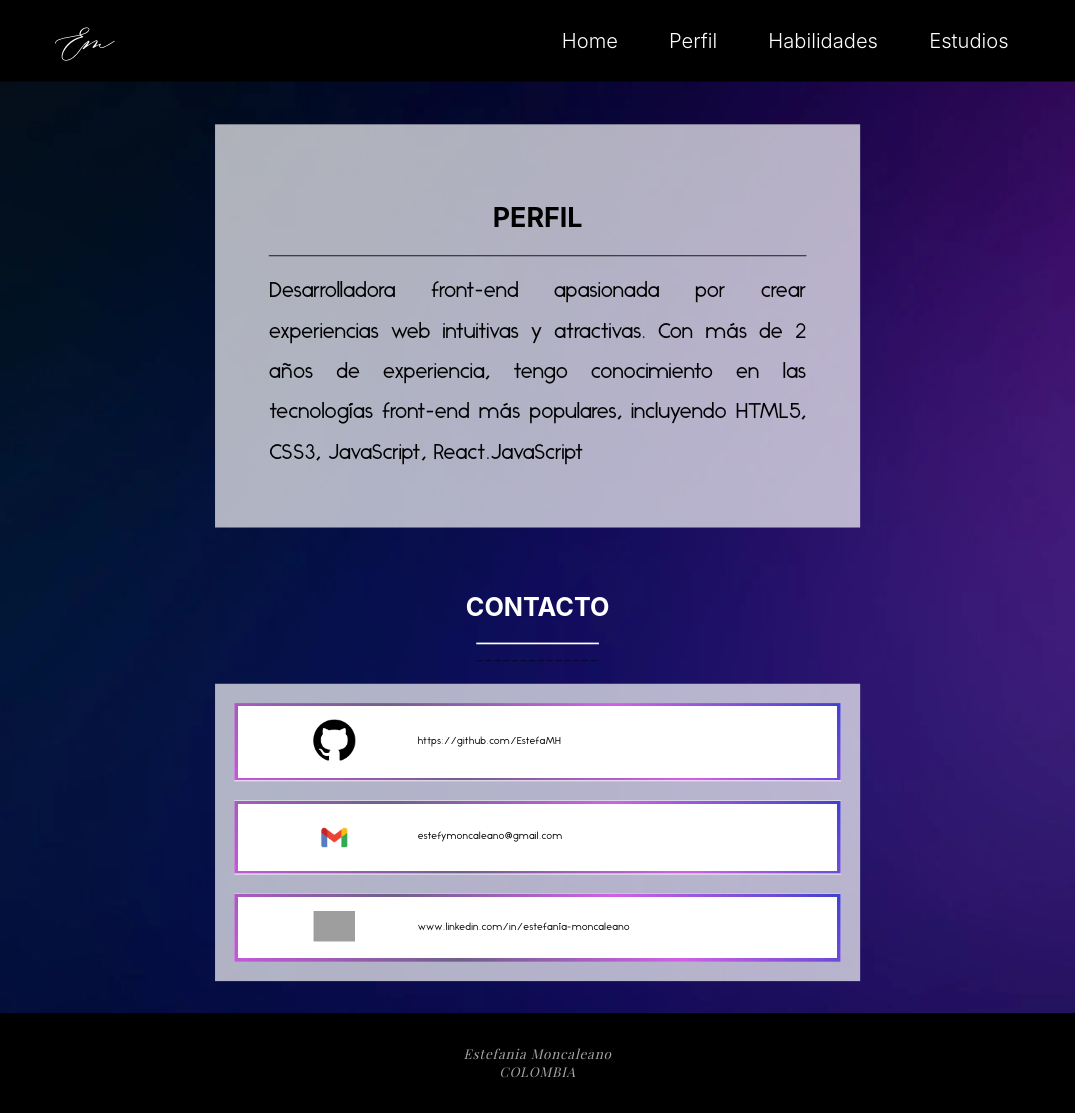
Repository: EstefaMH/PORTAFOLIO
Page: /aboutme
These files come from the project's save history. The page is drawn as it stood at one moment and after the next save; the edit follows.
The browser window is 1280 px wide. The pictures show the whole page, at 84% of full size.
Pictures or frames that could not be fetched are drawn as grey boxes. Some web fonts or font styles are not loaded; a fallback is used. The project was rebuilt for these pictures with package versions that can differ from the ones it lists, and the page was loaded fresh each time. Also part of the build but not shown: src/pages/home/Home.js, src/pages/error/Error404.css, src/pages/error/Error404.js, src/pages/jobs/Jobs.js, src/models/Languages.js, src/components/project/project.js, src/pages/skills/Skills.css, src/pages/skills/Skills.js and 2 more.

Above is the page before, as saved 2024-05-23 22:46:27.

### src/index.js
import React from 'react';
import ReactDOM from 'react-dom/client';
import './index.css';
import Home from './pages/home/Home';
import Routes from './routes';



const root = ReactDOM.createRoot(document.getElementById('root'));
root.render(
  <React.StrictMode>
    <Routes />
  </React.StrictMode>
);

// If you want to start measuring performance in your app, pass a function
// to log results (for example: reportWebVitals(console.log))
// or send to an analytics endpoint. Learn more: https://bit.ly/CRA-vitals

### src/routes.js
import React from "react";
import { BrowserRouter, Route, Routes } from "react-router-dom";
import About from "./pages/aboutme/Aboutme";
import Error404 from "./pages/error/Error404";
import Home from "./pages/home/Home";
import Jobs from "./pages/jobs/Jobs";
import Skills from "./pages/skills/Skills";
import Studies from "./pages/studies/Studies";


function routes(){
    return(
        <BrowserRouter>
            <Routes>
                <Route path="/" element={<Home />}></Route>
                <Route path="/aboutme" element={<About />}></Route>
                <Route path="/jobs" element={<Jobs />}></Route>
                <Route path="/skills" element={<Skills />}></Route>
                <Route path="/studies" element={<Studies/>}></Route>
                <Route path="*" element={<Error404/>}></Route>
            </Routes>
        </BrowserRouter>

    );

}

export default routes;

### src/pages/home/Home.css
@import url('https://fonts.googleapis.com/css2?family=Dancing+Script&display=swap');
/*font-family: 'Dancing Script', cursive;*/
@import url('https://fonts.googleapis.com/css2?family=Playfair+Display:ital,wght@0,400;0,500;1,400;1,500&display=swap');
/*font-family: 'Playfair Display', serif;*/

@font-face {
    font-family: "Voga";
    src: url('../../utils/fonts/CDType_Voga-font-demo_031216/CDType\ -\ Voga\ Medium.otf') ;
    font-display: swap;
}

.main-container{
    background-image: url(../../utils/img/purple-blue-wallpaper.webp);
    background-repeat: no-repeat;
    background-size: cover;
    display: flex;
    flex-direction: column;
}


.container-home{
    display: flex;
    flex-direction: column;
    align-items: center;
    justify-content: space-around;
}

.info-home{
    width: 100%;
    justify-content: center;
    align-items: center;
    color: white;
    letter-spacing: 1.5px;
    display: flex;
    flex-direction: column;
    overflow: hidden;
    word-wrap: break-word;
    font-weight: 100;
}



.info-home1{
    font-family: 'Playfair Display ';
    font-size: 1.2em;
    font-style: italic;
    margin: 0 0 1% 0;
    color: rgba(177, 177, 177, 0.834) ;
}

.info-home2{
    font-family: 'Voga';
    font-size: 2em;
    margin: 0 0 5% 0 ;
}

.photo-home{
    height: max-content;
    width: 50%;
}

.photo-home img{
    width: 100%;
    clip-path: circle();
}


.btn {
	line-height: 50px;
	height: 50px;
	text-align: center;
	width: 150px;
	cursor: pointer;
    border: none;
    background-color: rgba(255, 255, 255, 0.267);
    margin-top: 3%;

}

.btn-one {
	color: #FFF;
	transition: all 0.3s;
	position: relative;
}
.btn-one span {
	transition: all 0.3s;
    letter-spacing: 2px;
}

.btn-one:hover{
    background-color: transparent;
}
.btn-one::before {
	content: '';
	position: absolute;
	bottom: 0;
	left: 0;
	width: 100%;
	height: 100%;
	z-index: 1;
	opacity: 0;
	transition: all 0.3s;
	border-top-width: 2px;
	border-bottom-width: 2px;
	border-top-style: solid;
	border-bottom-style: solid;
    background: transparent;
	border-top-color: rgba(255,255,255,0.5);
	border-bottom-color: rgba(255,255,255,0.5);
	transform: scale(0.1, 1);
}
.btn-one:hover span {
	letter-spacing: 3px;
}
.btn-one:hover::before {
	opacity: 1;
	transform: scale(1, 1);

}
.btn-one::after {
	content: '';
	position: absolute;
	bottom: 0;
	left: 0;
	width: 100%;
	height: 100%;
	z-index: 1;
	transition: all 0.3s;
	/*background-color: rgba(255,255,255,0.1);*/
    background: transparent;
}
.btn-one:hover::after {
	opacity: 0;
	transform: scale(0.1, 1);
    background: transparent;
}

@media screen and (min-width : 700px){

    .container-home{
        flex-direction: row;
        align-items: center;
        justify-content: space-evenly;
        margin: 2% 0 2% 0;
    }

    .info-home{
        width: 60%;
        align-items: flex-start;
        padding-left: 4% ;
    }

    .info-home1{
        font-size: 1.5em;
    }

    .info-home2{
        font-family: 'Voga';
        font-style: normal;
        font-size: 4em;
    }


    .photo-home{
        width: 40%;
        display: flex;
        justify-content: center;
    }

    .photo-home img{
       width: 80%;
    }

    .btn {
        line-height: 50px;
        height: 50px;
        text-align: center;
        width: 250px;
        cursor: pointer;
        border: none;
        background-color: rgba(104, 104, 104, 0.837);
        margin-top: 3%;

    }




}

### src/components/navbar/Navbar.js
import { Link } from "react-router-dom";
import "./Navbar.css";
import menu from "../../utils/img/bx-menu.svg";

function Navbar() {
  return (
    <nav className="navbar container-name">
      <div>
        <Link to="/" className="logo">
          <h1 className="name">Em</h1>
        </Link>
      </div>

      <input type="checkbox" id="toggler"></input>
      <label for="toggler">
        <img alt="hamburguer-menu" src={menu} />
      </label>

      <div className=" menu container-navbar">
        <ul className="list">
          <li>
            <Link to="/" className="item">
              Home
            </Link>
          </li>
          <li>
            <Link to="/aboutme" className="item">
              Perfil
            </Link>
          </li>
          <li>
            <Link to="/skills" className="item">
              Habilidades
            </Link>
          </li>
          <li>
            <Link to="/studies" className="item">
              Estudios
            </Link>
          </li>
        </ul>
      </div>
    </nav>
  );
}

export default Navbar;

### src/components/footer/Footer.js
import './Footer.css'


function Footer(){
    return(
        <footer>
            <p> Estefania Moncaleano </p>
            <p> COLOMBIA </p>
        </footer>
    );
}

export default Footer;

### src/pages/aboutme/Aboutme.js
import './Aboutme.css'
import Navbar from "../../components/navbar/Navbar";
import Footer from '../../components/footer/Footer';

import github from "../../utils/img/github-icon.png";
import gmail from "../../utils/img/gmail-logo.png";
import linkedin from "../../utils/img/ln-icon.png"


function About() {
    return (
        <div className='main-container-about'>
            <Navbar />
            <section className="container-about">

                <div className='info-about'>

                    <h1 >PERFIL</h1>
                    <p className='line'></p>
                    <p>
                        Desarrolladora front-end apasionada por crear experiencias web intuitivas y atractivas.
                        Con más de 2 años de experiencia, tengo conocimiento en las tecnologías front-end más populares, incluyendo HTML5, CSS3, JavaScript, React.JavaScript
                    </p>
                </div>
            </section>

            <section className='container-contact'>
                <h2>CONTACTO</h2>
                <p className='lc'>______________</p>


                <article className='container-contact-icons'>


                    <div className='contact-icons'>
                        <a target={'_blank'} href='https://github.com/EstefaMH'>
                            <img className='contact-icon' src={github} />
                        </a>
                        <p>https://github.com/EstefaMH</p>
                    </div>

                    <div className='contact-icons'>
                        <img className='contact-icon' src={gmail} />
                        <p>estefymoncaleano@gmail.com</p>
                    </div>

                    <div className='contact-icons'>
                        <a target={'_blank'} href='www.linkedin.com/in/estefanía-moncaleano-828570238'>
                            <img className='contact-icon' src={linkedin} />
                        </a>
                        <p>www.linkedin.com/in/estefanía-moncaleano</p>
                    </div>
                </article>
            </section>




            <Footer />

        </div>
    );
}

export default About;

### src/components/navbar/Navbar.css
@font-face {
    font-family: "lettering";
    src: url('../../utils/fonts/Biancha-X3VOa.otf') ;
    font-display: swap;
}

.navbar {
    display: flex;
    justify-content: space-around;
}

.list {
    list-style: none;
    display: flex;
    gap: 20px;
}
#toggler , nav, label {
    display: none;
}


nav:hover{
    background-color: black;
    font-weight: 500;
}

.container-name{
    justify-content: space-between;
    display: flex;
    flex-direction: row;
    align-items: center;
    padding: 3%;
}

.name{
    font-family: 'lettering';
    font-size: 3rem;
    color: white;
    font-weight: 200;
}

.item{
    text-decoration: none;
    color:white;
    font-weight: 300;
}

.item:hover{
    color: pink;
    font-weight: 600;
}

.container-navbar{
    width: 60%;
    display: flex;
    align-items: center;
    justify-content: end;
}

.logo{
    float: left;
    text-decoration: none;
    margin-left: 40%;
}

@media screen and (max-width: 700px) {
    .menu {
        width: 100%;
        max-height: 0;
        overflow: hidden;
    }

    .list {
        flex-direction: column;
        align-items: center;
    }

    .navbar label {
        display: inline-flex;
        align-items: center;
        cursor: pointer;
    }

    #toggler:checked ~ .menu {
        max-height: 100%;
    }

    .container-navbar{
        flex-direction: column;
    }

    .navbar {

        flex-wrap: wrap;
    }
}

@media screen and (min-width: 700px) {
    .navbar {
       height: 20px;
       background-color: rgba(137, 137, 137, 0.15);
       display: flex;
    }

    .list{
        flex-basis: 85%;
        display: flex;
        justify-content: space-evenly;
    }

    .list li{
        font-size: 1.5rem;
    }
}

### src/components/footer/Footer.css
@import url('https://fonts.googleapis.com/css2?family=Playfair+Display:ital,wght@0,400;0,500;1,400;1,500&display=swap');
/*font-family: 'Playfair Display', serif;*/

footer{
    background-color: black ;
    color: rgba(220, 218, 218, 0.757);
    padding: 3%;
    text-align: center;
}

p{
    margin: 0;
    font-family: 'Playfair Display';
    font-style: italic;
    font-weight:100 ;
    letter-spacing: 1.0px;
}

### src/pages/aboutme/Aboutme.css
@font-face {
    font-family: "alcubierre";
    src: url('../../utils/fonts/Alcubierre\ 400.otf') ;
}


h1{
    font-size: 2rem;
}

.main-container-about{
    background-image: url(../../utils/img/purple-blue-wallpaper.webp);

}


.container-about{
        background-repeat: no-repeat;
        display: flex;
        justify-content: center;

}

.info-about{
    margin: 4%;
    background-color: rgba(245, 245, 249, 0.712);
    height: 100%;
    width: 50%;
    padding: 5%;
    text-align: center;
}

.info-about p{
    text-align: justify;
    line-height: 2;
    font-family: "alcubierre";
    font-style: normal;
    font-size: 1em;
    font-weight: 500;

}

h2{
    color: white;
    font-size: 30px;
}

.lc{
    border-top: 2px solid white;
    margin-bottom: 2%;
}

.container-contact{

    display: flex;
    align-items: center;
    flex-direction: column;

}

.container-contact-icons{
    background-color:  rgba(245, 245, 249, 0.712);
    flex-direction: column;
    width: 100%;
}


.contact-icon{
    width: 50px;
}

.contact-icons{
    display: flex;
    flex-direction: column;
    align-items: center;
    margin: 3%;
    padding: 2%;
    background-color: white;
    border: 4px solid;
    border-image: linear-gradient(45deg,#ad22c9bf,#473068c5,rgba(187, 31, 218, 0.7),rgba(20, 20, 194, 0.805)) 1;
    animation: rotate 2.5s ease-in infinite;
}


@keyframes rotate {
    50%{
        border-image: linear-gradient(45deg,#ad22c9bf,#473068c5,rgba(187, 31, 218, 0.7),rgba(20, 20, 194, 0.805)) 1;

    }
}

.contact-icons:hover{
    transform: scale(1.1 , 1.1);

}

.contact-icons p {
    font-size: 0.7rem;
}

.line{
    border-top: 1.5px solid black;
    margin-bottom: 3%;
    color: transparent;
}


@media screen and (min-width:700px) {
    .info-about p{
        font-size: 1.5em;
        font-weight: 600;
    }

    .container-contact-icons{
        width: 60%;
        margin-bottom: 3%;
    }

    .contact-icons{
        flex-direction: row;
        justify-content: space-evenly;
    }


    .contact-icons p{
        width: 60%;
        font-family: 'alcubierre';
        font-style: normal;
        font-weight: 600;
    }

}

Loaded but not shown: public/index.html (common file); src/index.css (common file); src/pages/jobs/Jobs.css (no stored copy; drawn as an empty file)

After the next save:
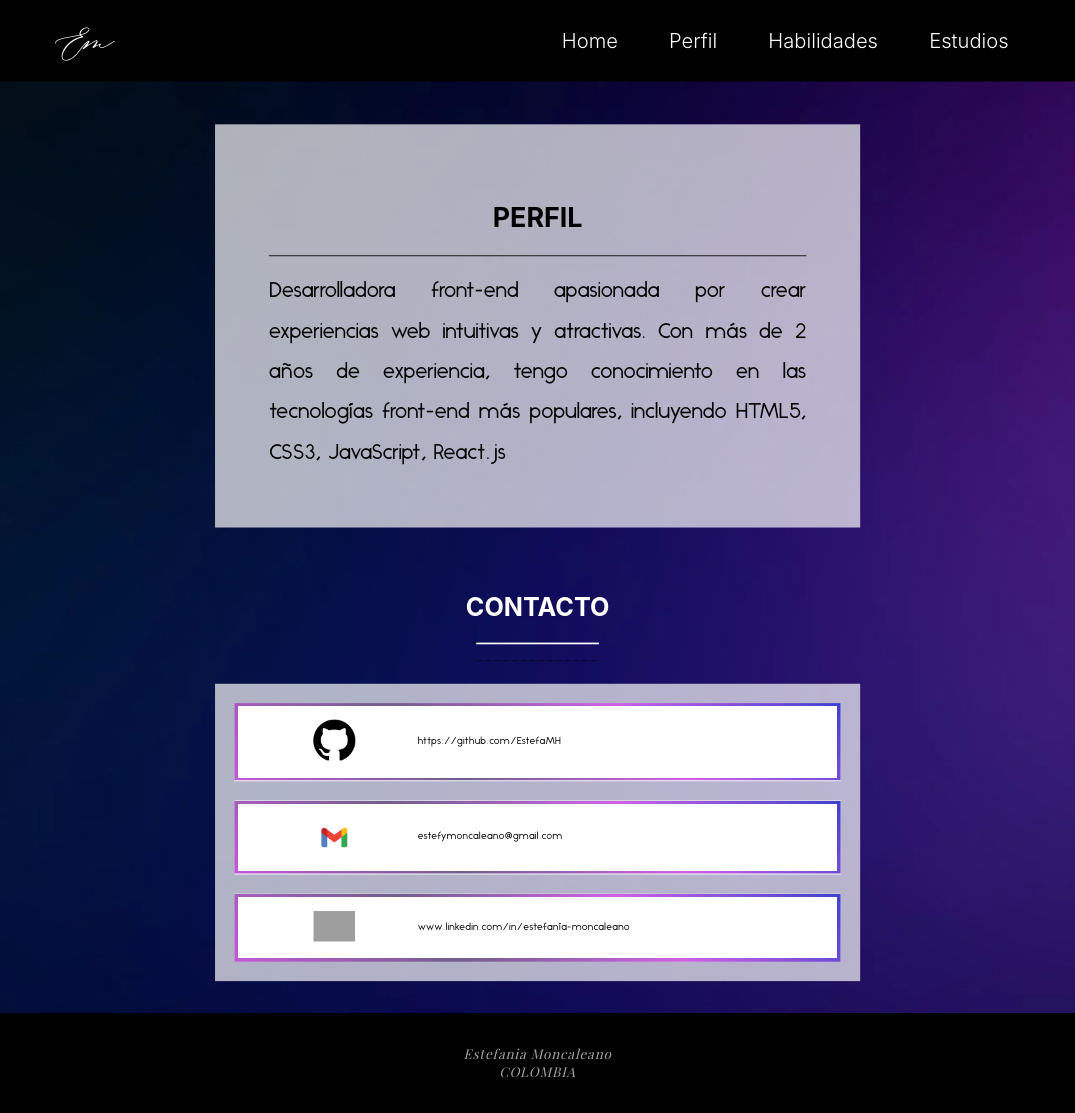
Saved 4 s later.
--- a/src/pages/aboutme/Aboutme.js
+++ b/src/pages/aboutme/Aboutme.js
@@ -19,7 +19,8 @@
                     <p className='line'></p>
                     <p>
                         Desarrolladora front-end apasionada por crear experiencias web intuitivas y atractivas.
-                        Con más de 2 años de experiencia, tengo conocimiento en las tecnologías front-end más populares, incluyendo HTML5, CSS3, JavaScript, React.JavaScript
+                        Con más de 2 años de experiencia, tengo conocimiento en las tecnologías front-end más populares, incluyendo HTML5, CSS3, JavaScript, React.js
+
                     </p>
                 </div>
             </section>
